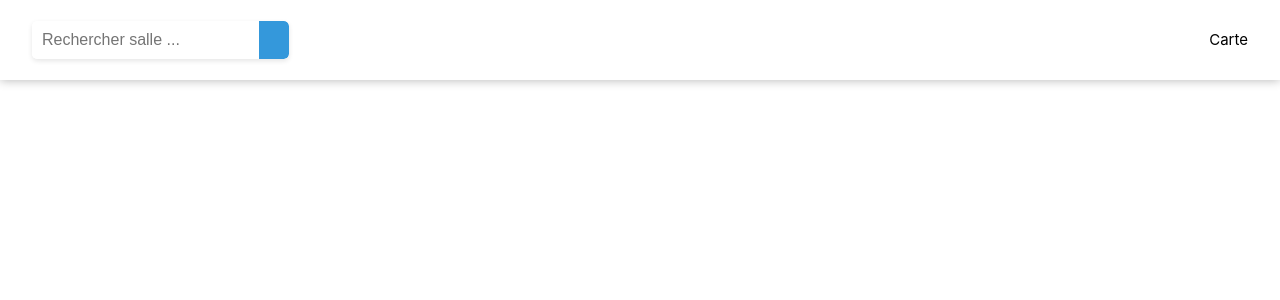
Repository: Tructruc/SAE-ALT-S3-Dev-23-24-Occupation-salles-3A-Groupe-2
Page: / (app in frontend/front-vue/)
An editor plug-in stored every save of this project. The page is shown before and after the next save, followed by the edit.
The browser window is 1280 px wide. The pictures show the whole page.
The project was rebuilt for these pictures with package versions that can differ from the ones it lists, and the page was loaded fresh each time. Also part of the build but not shown: frontend/front-vue/vite.config.js, frontend/front-vue/src/components/HelloWorld.vue, frontend/front-vue/src/components/WelcomeItem.vue, frontend/front-vue/src/components/icons/IconDocumentation.vue, frontend/front-vue/src/components/icons/IconTooling.vue, frontend/front-vue/src/components/icons/IconEcosystem.vue, frontend/front-vue/src/components/icons/IconCommunity.vue, frontend/front-vue/src/components/icons/IconSupport.vue and 1 more.

Above is the page before, as saved 2024-01-10 11:20:40.

After the next save:
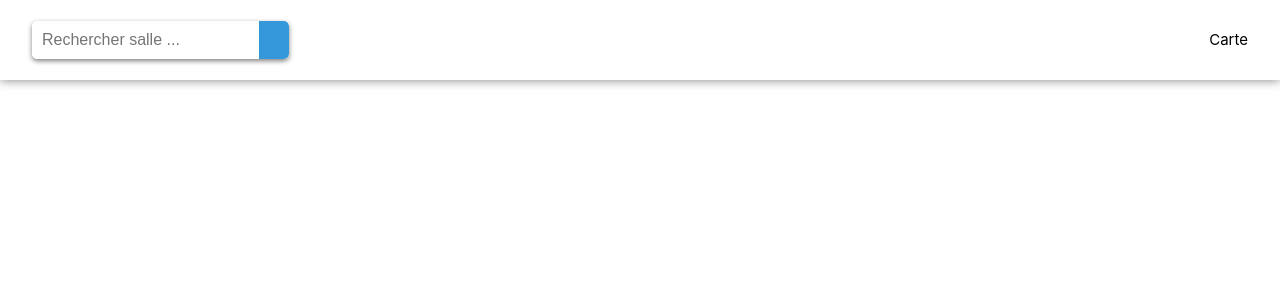
Saved 15 s later.
--- a/frontend/front-vue/src/components/Header.vue
+++ b/frontend/front-vue/src/components/Header.vue
@@ -32,12 +32,12 @@
     padding: 1rem 2rem;
     background-color: #fff;
     color:black;
-    box-shadow: 0 0 10px rgba(0, 0, 0, 0.3);
+    box-shadow: 0 0 10px rgba(0, 0, 0, 0.5);
 }
 
 .search-container {
     display: flex;
-    box-shadow: 0 2px 5px rgba(0, 0, 0, 0.1);
+    box-shadow: 0 2px 5px rgba(0, 0, 0, 0.5);
     overflow: hidden;
     border-radius: 5px;
 }
